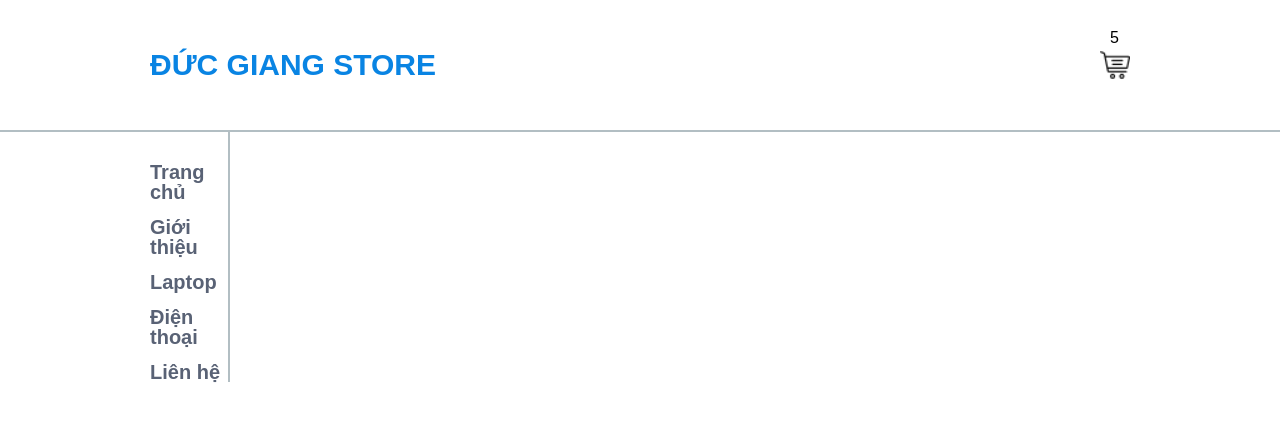
Repository: Giangattt123/PHP
Page: http://localhost/?page=home
The author's editor kept a copy of each file at every save. The page is drawn from the files as they stood at one save, then again after the next save.
The browser window is 1280 px wide. The pictures show the whole page.
Some web libraries are served in a nearby version. The page is run by PHP 8.4 with error messages shown; the project is at /var/www/html/.

Above is the page before, as saved 2023-03-17 22:51:26.

After the next save:
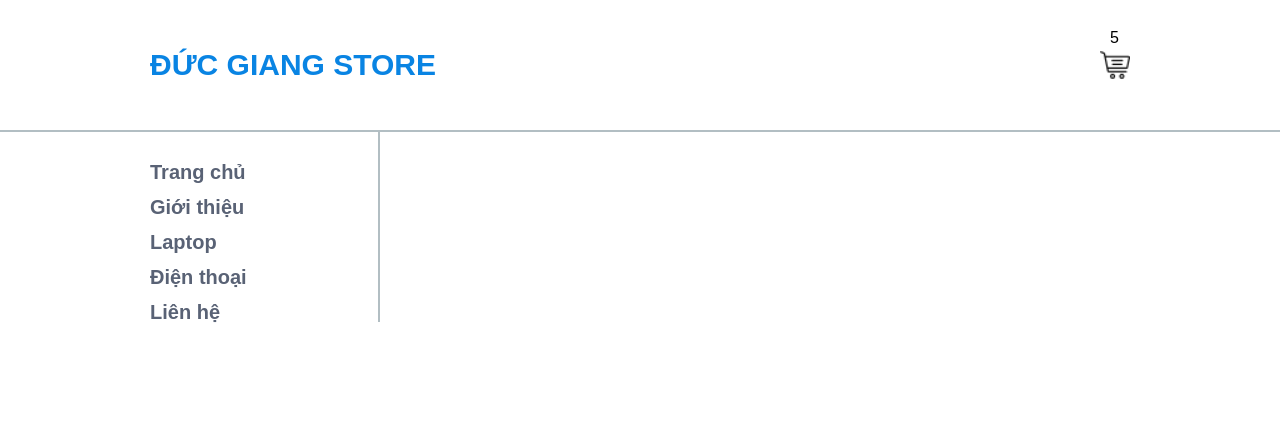
Saved 18 s later.
--- a/PHP_Shopping-Cart/Shopping_Cart/public/css/style.css
+++ b/PHP_Shopping-Cart/Shopping_Cart/public/css/style.css
@@ -48,7 +48,7 @@ img {
 }
 .menu-select {
   width: 18%;
-
+  margin-left: 150px;
   font-size: 2rem;
   /* margin-top: 30px; */
   border-right: 2px solid #b2bec3;
@@ -59,7 +59,6 @@ img {
 }
 .menu {
   margin-top: 30px;
-  margin-left: 150px;
 }
 a {
   color: #596275;
